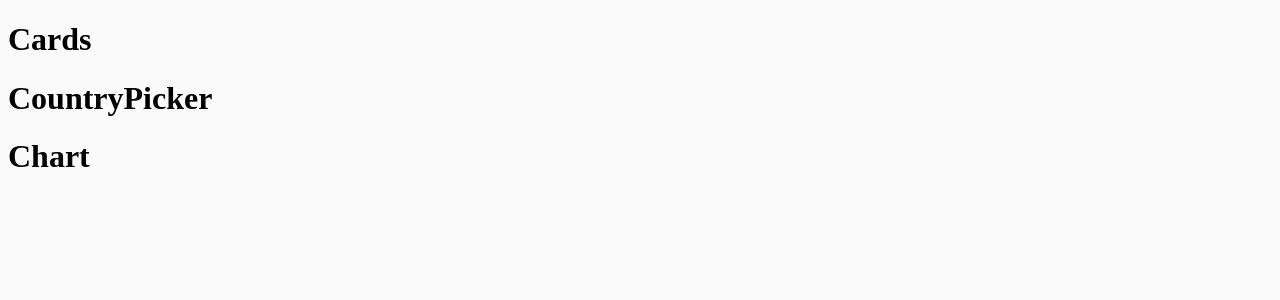
Repository: Khilanmakwana/COVID-19-Tracker-Application-ReactJS
Page: /
These files come from the project's save history. The page is drawn as it stood at one moment and after the next save; the edit follows.
The browser window is 1280 px wide. The pictures show the whole page.
The project was rebuilt for these pictures with package versions that can differ from the ones it lists, and the page was loaded fresh each time.

Above is the page before, as saved 2020-04-30 13:22:29.

### src/App.js
import React, { Component } from 'react';
import { Cards, Chart, CountryPicker } from './components';
import styles from './App.module.css';

class App extends React.Component {
    render() {
        return(
            <div>
                <Cards />
                <CountryPicker />
                <Chart />
            </div>
        )
    }
}

export default App;

### src/components/index.js
export { default as  Cards} from './Cards/Cards';
export { default as  Chart} from './Chart/Chart';
export { default as  CountryPicker} from './CountryPicker/CountryPicker';

### src/components/Cards/Cards.jsx
import React from 'react';

const Cards =() => {
    return(
        <h1>Cards</h1>
    )
}

export default Cards;

### src/components/Chart/Chart.jsx
import React from 'react';

const Chart =() => {
    return(
        <h1>Chart</h1>
    )
}

export default Chart;

### src/components/CountryPicker/CountryPicker.jsx
import React from 'react';

const CountryPicker =() => {
    return(
        <h1>CountryPicker</h1>
    )
}

export default CountryPicker;

Loaded but not shown: public/index.html (common file); src/index.js (common file); src/App.module.css (common file)

After the next save:
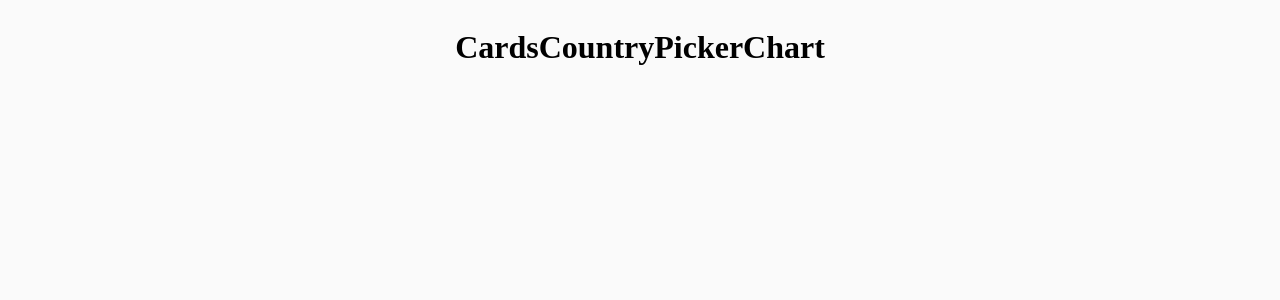
Saved 58 s later.
--- a/src/App.js
+++ b/src/App.js
@@ -5,7 +5,7 @@ import styles from './App.module.css';
 class App extends React.Component {
     render() {
         return(
-            <div>
+            <div className={styles.container}>
                 <Cards />
                 <CountryPicker />
                 <Chart />
